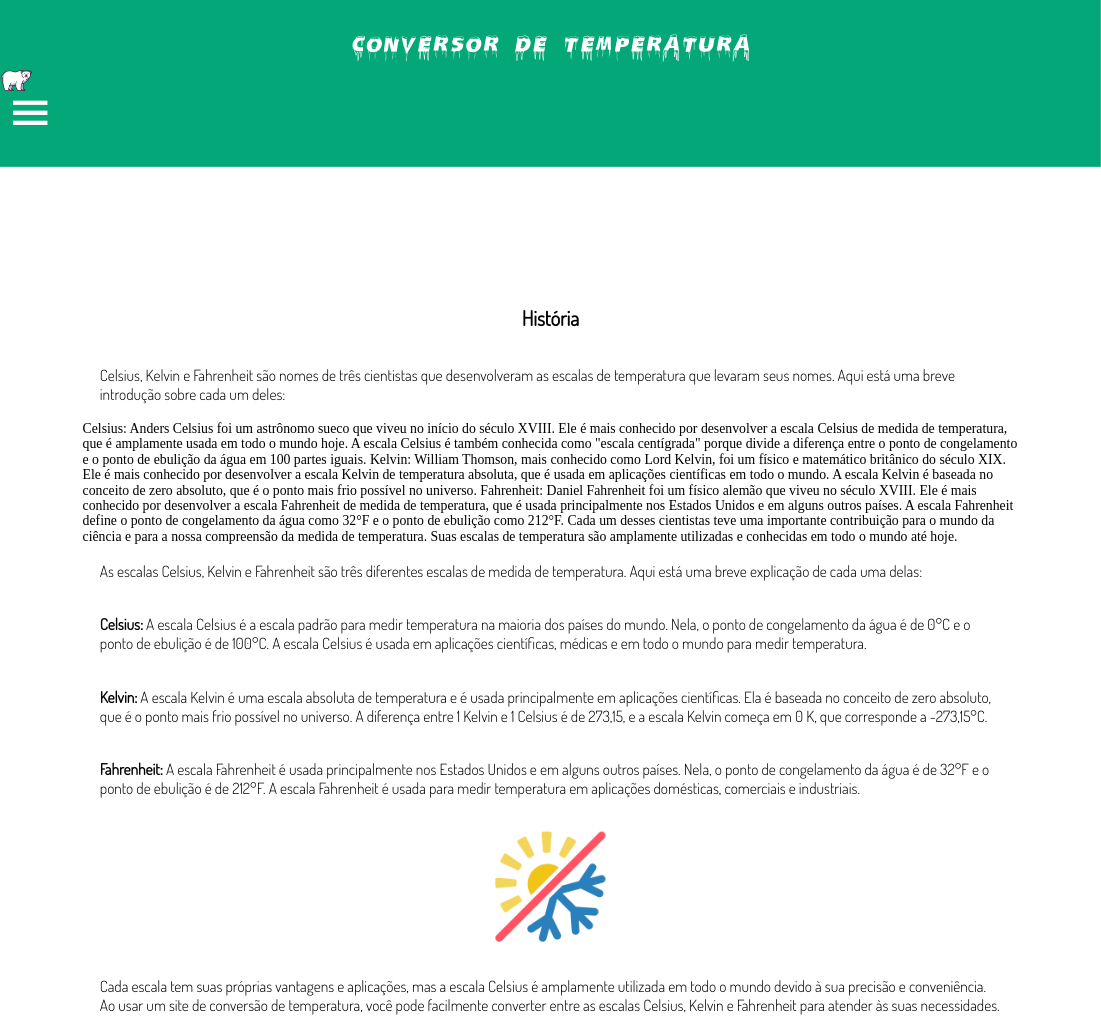
Repository: Leonngc/Conversor-de-temperatura
Page: history.html
These files come from the project's save history. The page is drawn as it stood at one moment and after the next save; the edit follows.
The browser window is 1280 px wide. The pictures show the whole page, at 86% of full size.
Some web libraries are served in a nearby version.

Above is the page before, as saved 2023-02-12 00:59:11.

### history.html
<!DOCTYPE html>
<html lang="pt-br">
  <head>
    <meta charset="UTF-8" />
    <meta http-equiv="X-UA-Compatible" content="IE=edge" />
    <meta name="viewport" content="width=device-width, initial-scale=1.0" />
    <link
      rel="stylesheet"
      href="https://cdn-uicons.flaticon.com/uicons-bold-straight/css/uicons-bold-straight.css"
    />
    <link
      rel="stylesheet"
      href="https://cdn-uicons.flaticon.com/uicons-brands/css/uicons-brands.css"
    />
    <link rel="stylesheet" href="history.css" />
    <script src="scripts/menu.js" defer></script>
    <title>História</title>
  </head>
  <body>
    <header>
      <h1>Conversor de Temperatura</h1>
      <img src="image/urso-polar.png" alt="" /><button id="menu-button">
        <i class="fi fi-bs-menu-burger"></i>
      </button>

      <menu>
        <ul id="links-menu">
          <li><a href="about.html">Sobre a página</a></li>
          <li><a href="history.html">História</a></li>
          <li><a href="projects.html">Outros Projetos</a></li>
        </ul>
      </menu>
    </header>
    <main>
      <h2>História</h2>

      <article>
        <p>Celsius, Kelvin e Fahrenheit são nomes de três cientistas que desenvolveram as escalas de temperatura que levaram seus nomes. Aqui está uma breve introdução sobre cada um deles:</p>

Celsius: Anders Celsius foi um astrônomo sueco que viveu no início do século XVIII. Ele é mais conhecido por desenvolver a escala Celsius de medida de temperatura, que é amplamente usada em todo o mundo hoje. A escala Celsius é também conhecida como "escala centígrada" porque divide a diferença entre o ponto de congelamento e o ponto de ebulição da água em 100 partes iguais.

Kelvin: William Thomson, mais conhecido como Lord Kelvin, foi um físico e matemático britânico do século XIX. Ele é mais conhecido por desenvolver a escala Kelvin de temperatura absoluta, que é usada em aplicações científicas em todo o mundo. A escala Kelvin é baseada no conceito de zero absoluto, que é o ponto mais frio possível no universo.

Fahrenheit: Daniel Fahrenheit foi um físico alemão que viveu no século XVIII. Ele é mais conhecido por desenvolver a escala Fahrenheit de medida de temperatura, que é usada principalmente nos Estados Unidos e em alguns outros países. A escala Fahrenheit define o ponto de congelamento da água como 32°F e o ponto de ebulição como 212°F.

Cada um desses cientistas teve uma importante contribuição para o mundo da ciência e para a nossa compreensão da medida de temperatura. Suas escalas de temperatura são amplamente utilizadas e conhecidas em todo o mundo até hoje.
      </article>

      <article>
        <p>
          As escalas Celsius, Kelvin e Fahrenheit são três diferentes escalas de
          medida de temperatura. Aqui está uma breve explicação de cada uma
          delas:
        </p>

        <p>
          <strong>Celsius:</strong> A escala Celsius é a escala padrão para
          medir temperatura na maioria dos países do mundo. Nela, o ponto de
          congelamento da água é de 0°C e o ponto de ebulição é de 100°C. A
          escala Celsius é usada em aplicações científicas, médicas e em todo o
          mundo para medir temperatura.
        </p>

        <p>
          <strong>Kelvin:</strong> A escala Kelvin é uma escala absoluta de
          temperatura e é usada principalmente em aplicações científicas. Ela é
          baseada no conceito de zero absoluto, que é o ponto mais frio possível
          no universo. A diferença entre 1 Kelvin e 1 Celsius é de 273,15, e a
          escala Kelvin começa em 0 K, que corresponde a -273,15°C.
        </p>
        <p>
          <strong>Fahrenheit:</strong> A escala Fahrenheit é usada
          principalmente nos Estados Unidos e em alguns outros países. Nela, o
          ponto de congelamento da água é de 32°F e o ponto de ebulição é de
          212°F. A escala Fahrenheit é usada para medir temperatura em
          aplicações domésticas, comerciais e industriais.
        </p>
        <div>
            <img src="image/temperaturas.png" alt="">
        </div>
        <p>
          Cada escala tem suas próprias vantagens e aplicações, mas a escala
          Celsius é amplamente utilizada em todo o mundo devido à sua precisão e
          conveniência. Ao usar um site de conversão de temperatura, você pode
          facilmente converter entre as escalas Celsius, Kelvin e Fahrenheit
          para atender às suas necessidades.
        </p>
      </article>
    </main>
  </body>
</html>

### history.css
@charset "UTF-8";
@import url('https://fonts.googleapis.com/css2?family= Dosis:wght@300 & display = swap');
@font-face {
    font-family: Title;
    src: url(fonts/IceCaps.ttf);
}

:root{
    --yellow: #F7FF58;
    --snow: #FBFBFF;
    --blackout: #040F16;
    --dosis: 'Dosis', sans-serif;
}

*{
    margin: 0;
    padding: 0;
    box-sizing: border-box;
}

header{
    background-color: #04A777;
    margin-bottom: 140px;
    max-width: 100vw;
    color: white;
    height: 27vh;
}

header > img{
    display: block;
    width: 38px;
}

header > h1{
    font-family: Title, sans-serif;
    font-weight: lighter;
    text-align: center;
    font-size: 35px;
    padding-top: 40px;
}

menu{
    background-color: #05C78D;
    padding: 10px;
    max-width: 100vw;
    display: none;
}

menu > ul{
    margin-left: 20px;
    font-size: 20px;
    font-family: var(--dosis);
    font-weight: bold;
    color: white;
}

menu > ul > li{
    padding: 5px;
}

li > a{
    text-decoration: none;
    color: #FBFBFF;
}

li > a:hover{
    color: #03583e;
    text-decoration: underline;
}

#menu-button{
    background-color: #03583e00;
    border: none;
    color: white;
    font-size: 40px;
    margin-left: 15px;
    margin-bottom: 12px;
}

main{
    margin: auto;
    width: 85vw;
}

main > h2{
    text-align: center;
    font-family: var(--dosis);
    padding: 20px;
}

article > p{
    font-family: var(--dosis);
    font-size: 18px;
    padding: 20px;
}

div > img{
    display: block;
    margin: auto;
    padding: 20px;
}

### scripts/menu.js
const menu = document.getElementById('menu-button');
const linkMenu = document.querySelector('menu')


menu.addEventListener('click', event =>{


    if(linkMenu.style.display =='none'){
        linkMenu.style.display = 'block'
    }else{
           linkMenu.style.display = 'none';
    }
})

After the next save:
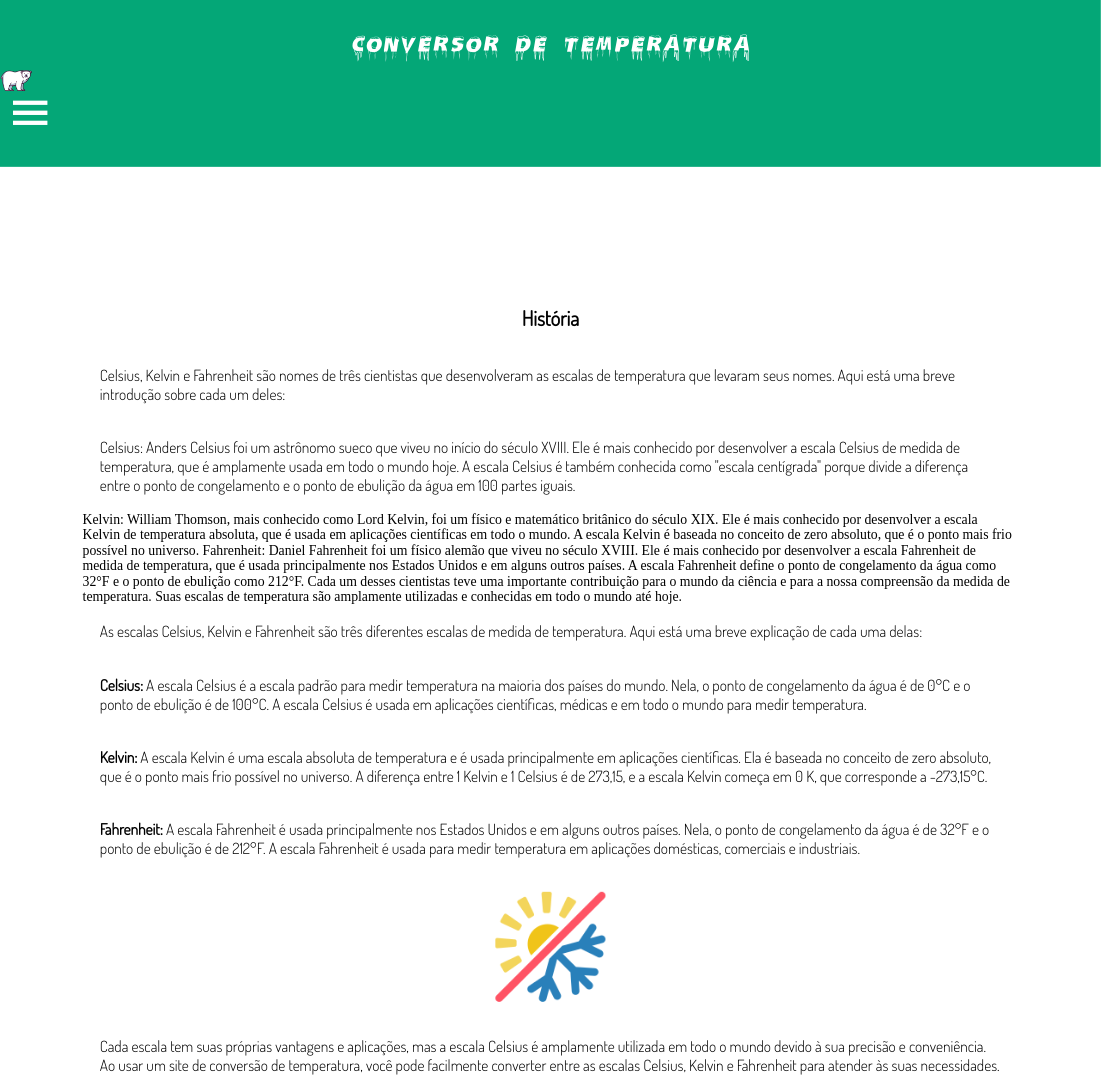
Saved 9 s later.
--- a/history.html
+++ b/history.html
@@ -37,7 +37,7 @@
       <article>
         <p>Celsius, Kelvin e Fahrenheit são nomes de três cientistas que desenvolveram as escalas de temperatura que levaram seus nomes. Aqui está uma breve introdução sobre cada um deles:</p>
 
-Celsius: Anders Celsius foi um astrônomo sueco que viveu no início do século XVIII. Ele é mais conhecido por desenvolver a escala Celsius de medida de temperatura, que é amplamente usada em todo o mundo hoje. A escala Celsius é também conhecida como "escala centígrada" porque divide a diferença entre o ponto de congelamento e o ponto de ebulição da água em 100 partes iguais.
+<p>Celsius: Anders Celsius foi um astrônomo sueco que viveu no início do século XVIII. Ele é mais conhecido por desenvolver a escala Celsius de medida de temperatura, que é amplamente usada em todo o mundo hoje. A escala Celsius é também conhecida como "escala centígrada" porque divide a diferença entre o ponto de congelamento e o ponto de ebulição da água em 100 partes iguais.</p>
 
 Kelvin: William Thomson, mais conhecido como Lord Kelvin, foi um físico e matemático britânico do século XIX. Ele é mais conhecido por desenvolver a escala Kelvin de temperatura absoluta, que é usada em aplicações científicas em todo o mundo. A escala Kelvin é baseada no conceito de zero absoluto, que é o ponto mais frio possível no universo.
 
